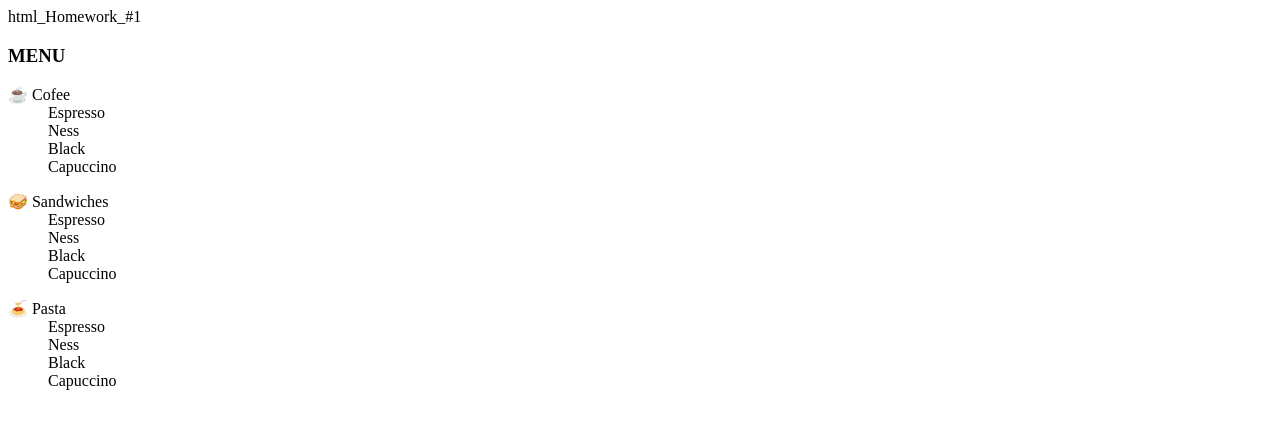
Repository: Julian-Escobar/menu
Page: index.html
These files come from the project's save history. The page is drawn as it stood at one moment and after the next save; the edit follows.
The browser window is 1280 px wide. The pictures show the whole page.

Above is the page before, as saved 2018-08-12 18:58:09.

After the next save:
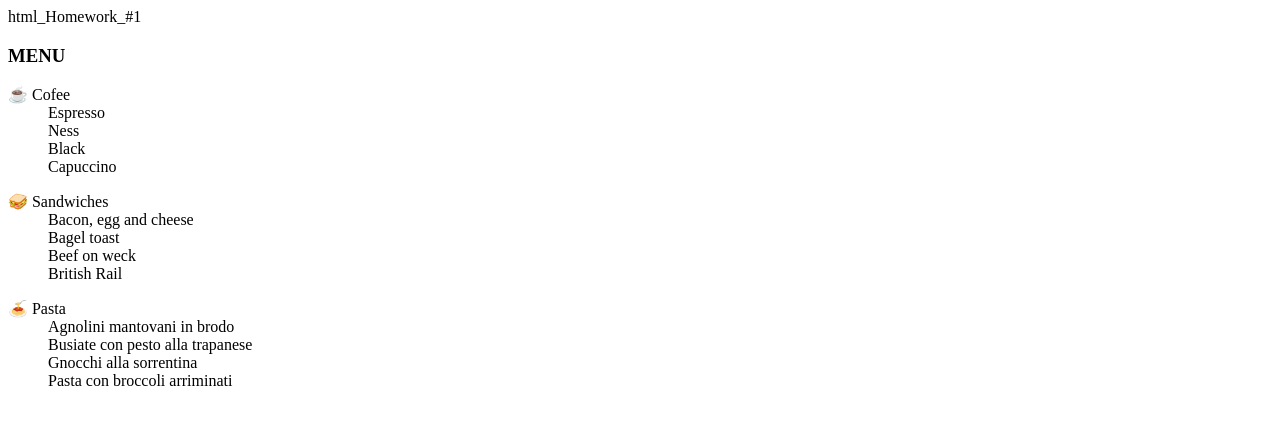
Saved 4 min 49 s later.
--- a/index.html
+++ b/index.html
@@ -15,18 +15,18 @@
 
 <dl>
     <dt>🥪 Sandwiches</dt>
-    <dd>Espresso</dd>
-    <dd>Ness</dd>
-    <dd>Black</dd>
-    <dd>Capuccino</dd>
+    <dd>Bacon, egg and cheese</dd>
+    <dd>Bagel toast	</dd>
+    <dd>Beef on weck</dd>
+    <dd>British Rail</dd>
 </dl>
 
 <dl>
     <dt>🍝 Pasta</dt>
-    <dd>Espresso</dd>
-    <dd>Ness</dd>
-    <dd>Black</dd>
-    <dd>Capuccino</dd>
+    <dd>Agnolini mantovani in brodo</dd>
+    <dd>Busiate con pesto alla trapanese	</dd>
+    <dd>Gnocchi alla sorrentina</dd>
+    <dd>Pasta con broccoli arriminati</dd>
 </dl>
 
   </body>
